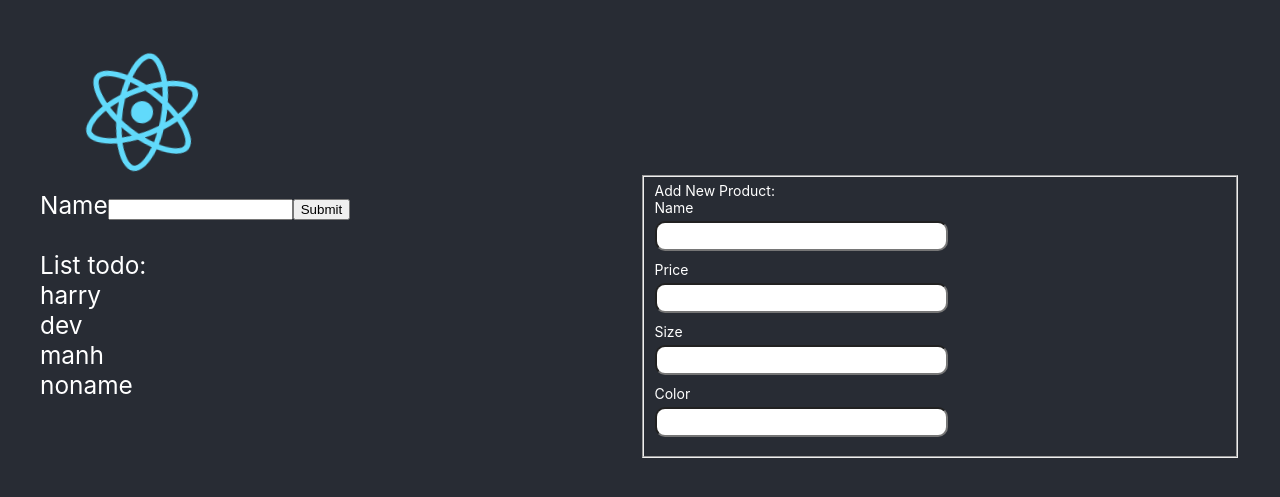
Repository: minh66hn/base-react-hook
Page: /
The author's editor kept a copy of each file at every save. The page is drawn from the files as they stood at one save, then again after a run of saves.
The browser window is 1280 px wide. The pictures show the whole page.
The project was rebuilt for these pictures with package versions that can differ from the ones it lists, and the page was loaded fresh each time.

Above is the page before, as saved 2022-04-18 20:36:15.

### src/App.js
import "./App.css";
import logo from "./logo.svg";

import Home from "./components/Home";
import AddNewProduct from "./components/AddNewProduct";

function App() {
  return (
    <div className="App">
      <header className="App-header content-left">
        <img src={logo} className="App-logo" alt="logo" />
        <Home></Home>
      </header>
      <div className="content-right">
        <AddNewProduct />
      </div>
    </div>
  );
}

export default App;

### src/App.css
.App {
  padding: 40px;
  background-color: #282c34;
  height: calc(100vh - 80px);
  font-size:14px;
  display: flex;
}

.App-logo {
  height: 20vmin;
  pointer-events: none;
}

@media (prefers-reduced-motion: no-preference) {
  .App-logo {
    animation: App-logo-spin infinite 20s linear;
  }
}

.App-header {
  /* min-height: 100vh; */
  /* display: flex;
  flex-direction: column; */
  /* align-items: center;
  justify-content: center; */
  font-size: calc(10px + 2vmin);
  color: white;
  /* border: 1px solid green; */
  width: 50%;
}
.content-left{
  width:50%;
}
.content-right{
  /* border: 1px solid red; */
  width: 50%;
  margin-top:135px;
  color: white;

}
.input-product input{
  width:50%;
  height:24px;
  outline: none;
  border-radius: 10px;
}
.input-product{
  margin-bottom: 10px;
  display:flex;
  flex-direction: column;
  gap:5px;
}

.App-link {
  color: #61dafb;
}

@keyframes App-logo-spin {
  from {
    transform: rotate(0deg);
  }
  to {
    transform: rotate(360deg);
  }
}
/* img {
  display: block;
  max-width: 100%;
}
.youtube-list {
  display: grid;
  grid-template-columns: repeat(4, 2fr);
  grid-gap: 25px;
  padding: 25px;
}
.youtube-image {
  height: 250px;
  margin-bottom: 15px;
}
.youtube-image img {
  width: 100%;
  height: 100%;
  object-fit: cover;
}
.youtube-footer {
  display: flex;
  align-items: flex-start;
  gap: 0 20px;
}
.youtube-avatar {
  width: 50px;
  height: 50px;
  border-radius: 100rem;
  object-fit: cover;
  flex-shrink: 0;
}
.youtube-title {
  font-size: 18px;
  margin-bottom: 10px;
}
.youtube-author {
  font-size: 14px;
  color: #999;
  font-weight: 300;
} */

### src/components/Home.js
import React from "react";
import { useState } from "react";
import AddTodo from "./AddTodo";
import DisplayListTodo from "./DisplayListTodo";
const Home = () => {
  const [todo, setTodo] = useState("");
  const randomIntFromInterval = (min, max) => {
    // min and max included
    return Math.floor(Math.random() * (max - min + 1) + min);
  };

  const [listTodo, setListTodo] = useState([
    { id: 1, name: "harry" },
    { id: 2, name: "dev" },
    { id: 3, name: "manh" },
    { id: 4, name: "noname" },
  ]);
  const handleDeleteBtn = (id) => {
    alert(`you deleted item by id:${id}`);
    let updateListTodo = listTodo.filter((item) => item.id !== id);
    setListTodo(updateListTodo);
  };
  const handleClickbtn = (todo) => {
    const todoItem = {
      id: randomIntFromInterval(5, 999),
      name: todo,
    };
    console.log(listTodo);
    if (!todo) {
      alert("please enter todo");
      return 0;
    }
    //catch1
    // let curentTodo = listTodo;
    // curentTodo.push(todoItem);
    // setListTodo(curentTodo);
    //catch2
    setListTodo([...listTodo, todoItem]);
    setTodo("");
  };

  return (
    <div>
      <AddTodo handleClickbtn={handleClickbtn} todo={todo} setTodo={setTodo} />
      <DisplayListTodo childData={listTodo} handleDeleteBtn={handleDeleteBtn} />
    </div>
  );
};

export default Home;

### src/components/AddNewProduct.js
import React from "react";

const AddNewProduct = () => {
  return (
    <div>
    <fieldset>
      Add New Product:
      <div className="input-product">
        <label>Name</label>
        <input type="text" />
      </div>
      <div className="input-product">
        <label>Price</label>
        <input type="text" />
      </div>
      <div className="input-product">
        <label>Size</label>
        <input type="text" />
      </div>
      <div className="input-product">
        <label>Color</label>
        <input type="text" />
      </div>
    </fieldset>
    </div>
  );
};

export default AddNewProduct;

### src/components/AddTodo.js
import React from "react";

const AddTodo = (props) => {
  const { handleClickbtn, todo, setTodo } = props;
  return (
    <div>
      <label>Name</label>
      <input
        type="text"
        value={todo}
        onChange={(event) => {
          console.log("check event:", event);
          setTodo(event.target.value);
        }}
      />
      <button
        type="button"
        onClick={() => {
          handleClickbtn(todo);
        }}
      >
        Submit
      </button>
      <br />
      <br />
    </div>
  );
};

export default AddTodo;

### src/components/DisplayListTodo.js
import React from "react";

const DisplayListTodo = (props) => {
  const listData = props.childData;
  const handleDeleteBtn = (id) => {
    props.handleDeleteBtn(id);
  };
  return (
    <div>
      <div>List todo:</div>
      {listData.map((item) => {
        console.log(item);
        return (
          <div
            key={item.id}
            onClick={() => {
              handleDeleteBtn(item.id);
            }}
          >
            {item.name}
          </div>
        );
      })}
    </div>
  );
};

export default DisplayListTodo;

Loaded but not shown: public/index.html (common file); src/index.js (common file); src/index.css (common file); src/reportWebVitals.js (common file)

After the next 3 saves:
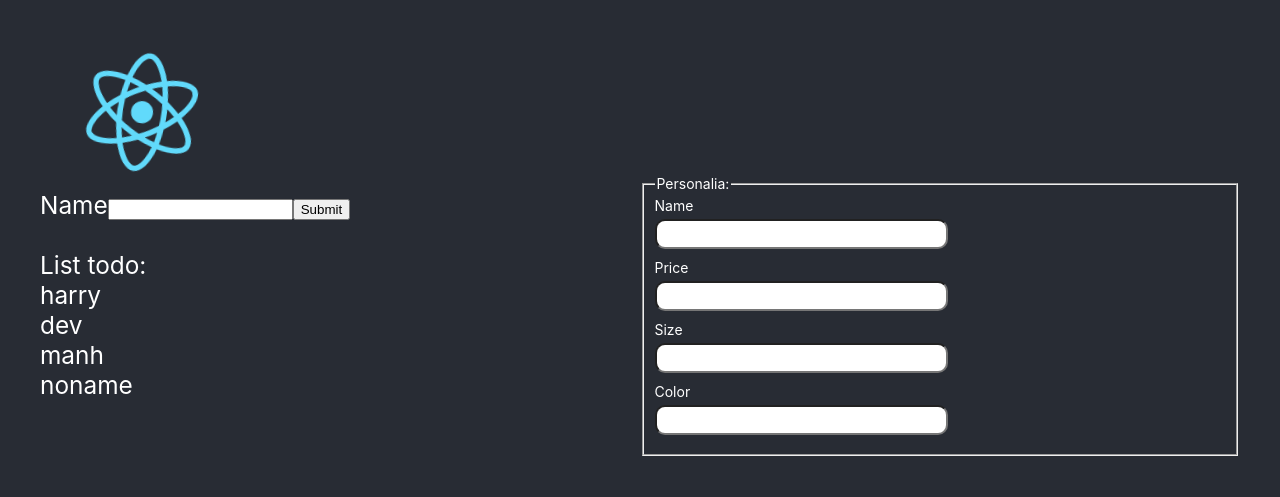
The 3 saves are shown as one change because 2 did not build or start.
The last was saved 52 s later.
--- a/src/components/AddNewProduct.js
+++ b/src/components/AddNewProduct.js
@@ -4,7 +4,7 @@
   return (
     <div>
     <fieldset>
-      Add New Product:
+    <legend>Personalia:</legend>
       <div className="input-product">
         <label>Name</label>
         <input type="text" />
